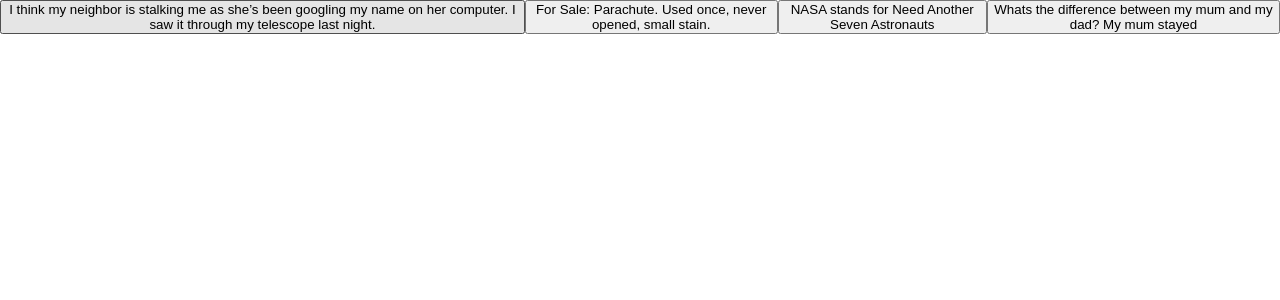
Repository: SerbanLuca/ChuckNorrisJokes-app
Page: /
An editor plug-in stored every save of this project. The page is shown before and after a run of saves, followed by the edit.
The browser window is 1280 px wide. The pictures show the whole page.
The project was rebuilt for these pictures with package versions that can differ from the ones it lists, and the page was loaded fresh each time.

Above is the page before, as saved 2021-04-07 12:15:24.

After the next 4 saves:
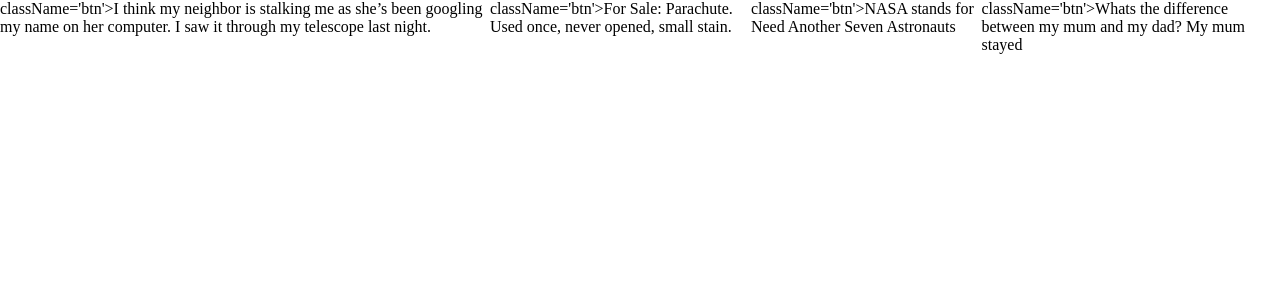
The 4 saves are shown as one change because 1 did not build or start and some came seconds apart.
The last was saved 2 min 39 s later.
--- a/src/Joke.js
+++ b/src/Joke.js
@@ -3,7 +3,7 @@ import React from 'react'
 export default function Joke({name}) {
     return (
         <div>
-            <button className='btn'>{name}</button>
+            <p> className='btn'>{name}</p>
         </div>
     )
 }
